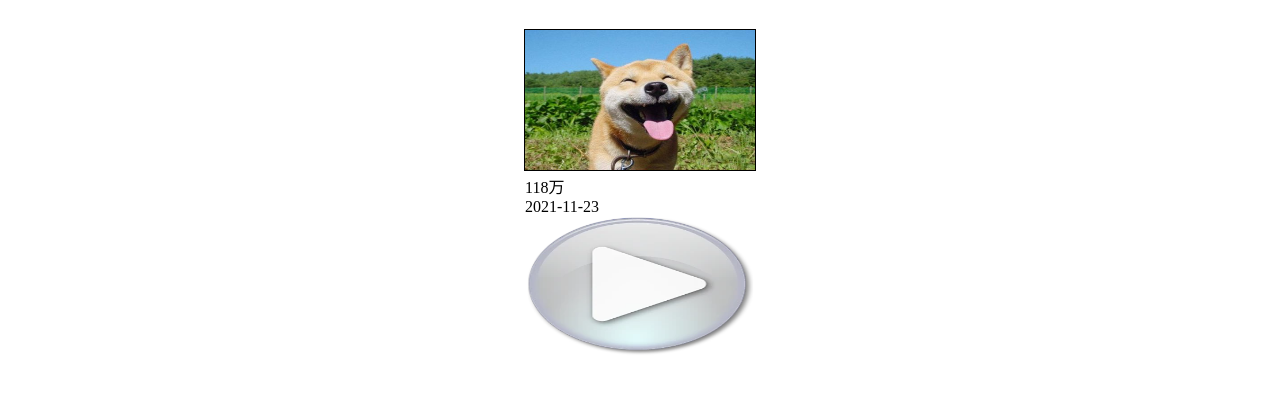
Repository: taoxiaofeng/hello-javascript
Page: master-class/position.html
An editor plug-in stored every save of this project. The page is shown before and after the next save, followed by the edit.
The browser window is 1280 px wide. The pictures show the whole page.

Above is the page before, as saved 2024-07-29 22:44:45.

### master-class/position.html
<!DOCTYPE html>
<html lang="en">

<head>
  <meta charset="UTF-8">
  <meta name="viewport" content="width=device-width, initial-scale=1.0">
  <title>css定位</title>
  <style>
    * {
      margin: 0;
      padding: 0;
      box-sizing: border-box;
    }

    /* .bg {
      width: 100%;
      height: 100dvh;
    }

    .modal {
      width: 100%;
      height: 100%;
      position: fixed;
      top: 0;
      right: 0;
      bottom: 0;
      left: 0;
      background: rgba(0, 0, 0, 0.5);
      z-index: 5;
    }

    .dog {
      width: 200px;
      height: 200px;
      position: absolute;
      left: 50%;
      top: 50%;
      margin-left: -100px;
      margin-top: -100px;
    }

    .cat {
      width: 200px;
      height: 200px;
      position: fixed;
      top: 50%;
      right: 0;
      margin-top: -100px;
      background: url('./images/cat.jpg') no-repeat;
      padding-top: 50px;
      text-align: center;
    }

   .cat .qrcode {
    width: 100px;
    height: 100px;
  } */

  .item {
    outline: 1px solid #000;
    width: 230px;
    height: 140px;
    margin: 30px auto;
  }

  .item img {
    width: 230px;
    height: 140px;
  }


  </style>
</head>

<body>

  <!-- <img class="bg" src="./images/bg.jpg" alt="">
  <div class="modal">
    <img class="dog" src="./images/dog.jpg" alt="">
  </div>

  <div class="cat">
    <img class="qrcode" src="./images/qr-code.webp" alt="">
  </div> -->

  <div class="item">
    <a href="">
      <img src="./images/dog.jpg" alt="">
    </a>
    <div class="aside">
      <div class="number">118万</div>
      <div class="date">2021-11-23</div>
    </div>
    <div class="modal">
      <a href="" class="play">
        <img src="./images/play.webp" alt="">
      </a>
    </div>
  </div>
</body>

</html>

After the next save:
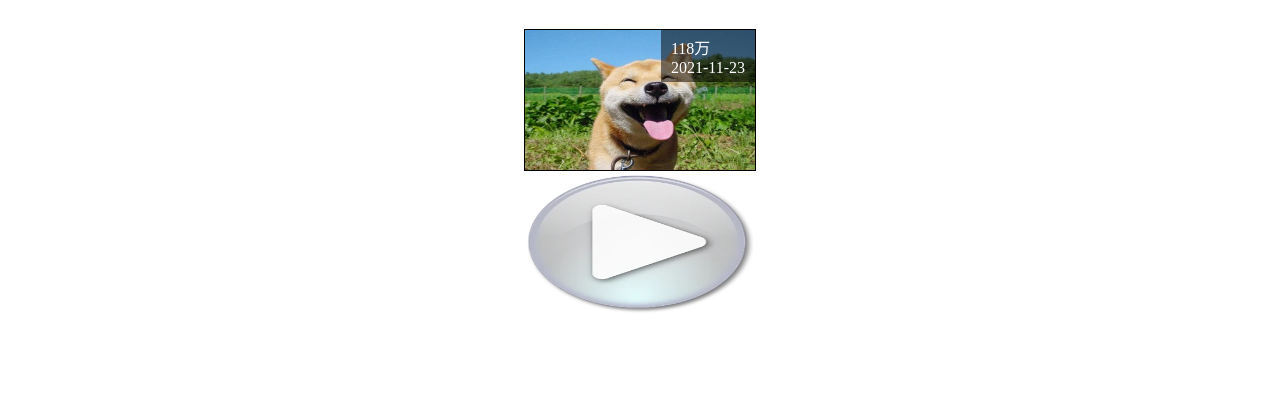
Saved 44 s later.
--- a/master-class/position.html
+++ b/master-class/position.html
@@ -61,12 +61,23 @@
     width: 230px;
     height: 140px;
     margin: 30px auto;
+    position: relative;
   }
 
   .item img {
     width: 230px;
     height: 140px;
   }
+
+  .aside {
+    position: absolute;
+    top: 0;
+    right: 0;
+    background: rgba(0, 0, 0, 0.5);
+    color: #fff;
+    padding: 5px 10px;
+  }
+
 
 
   </style>
